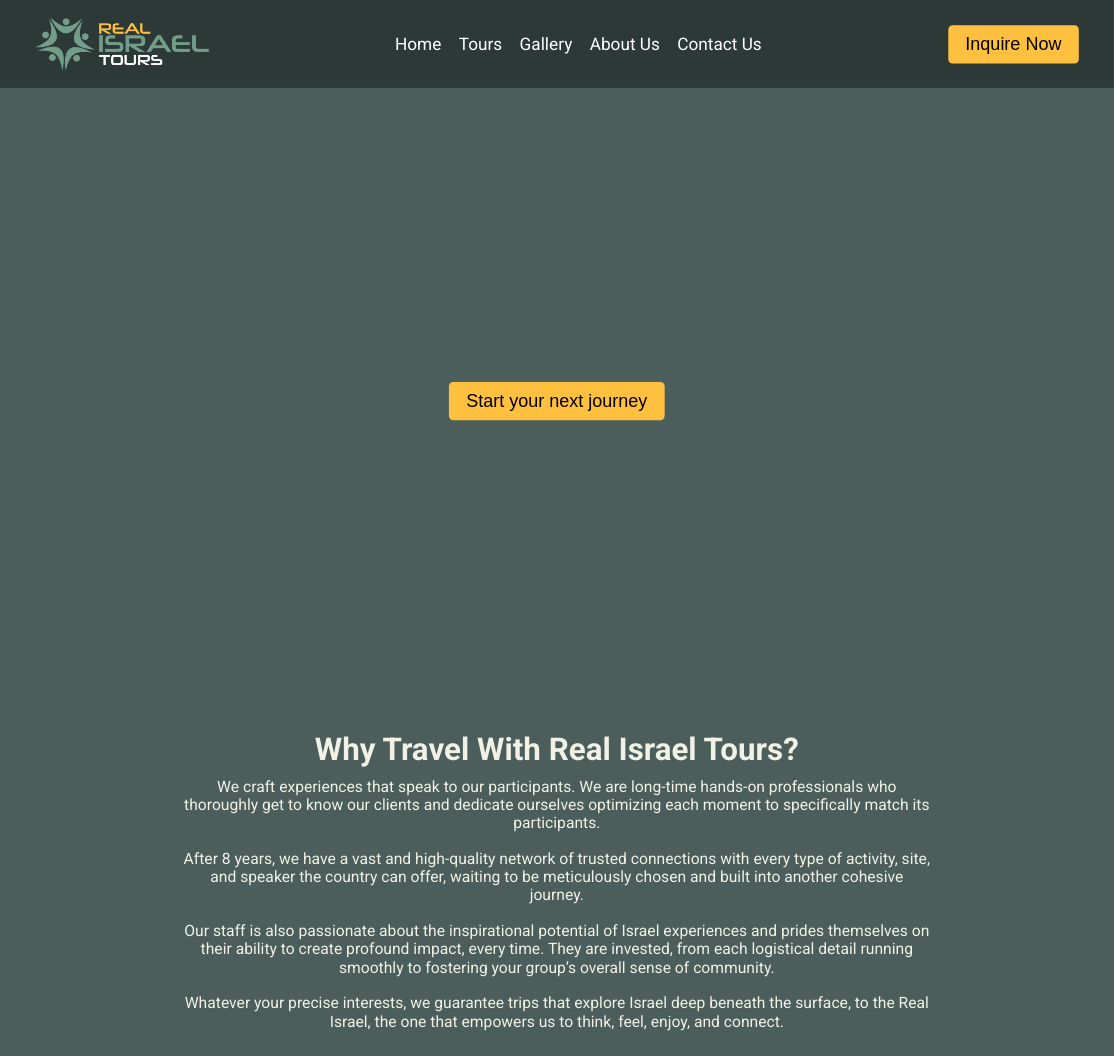
Repository: Pafestivo/realIsraelTours
Page: / (app in frontend/)
The author's editor kept a copy of each file at every save. The page is drawn from the files as they stood at one save, then again after a run of saves.
The browser window is 1280 px wide. The pictures show the whole page, at 87% of full size.
The project was rebuilt for these pictures with package versions that can differ from the ones it lists, and the page was loaded fresh each time. The framework's server and built-in components were replaced by stand-ins that run in the browser. Also part of the build but not shown: frontend/next.config.js.

Above is the page before, as saved 2023-09-19 20:44:56.

### frontend/src/app/layout.tsx
import type { Metadata } from "next";
import "@/styles/globals.css";
import { roboto } from "@/app/fonts";

export const metadata: Metadata = {
  title: "Real Israel Tours",
  description: "Plan your next tour",
};

export default function RootLayout({
  children,
}: {
  children: React.ReactNode;
}) {
  return (
    <html lang="en">
      <body className={roboto.className}>{children}</body>
    </html>
  );
}

### frontend/src/app/page.tsx
import Header from "@/components/Header";
import "@/styles/homePage.css";

export default function Home() {
  return (
    <div>
      <Header />
      <div className="cta-div">
        <button>Start your next journey</button>
      </div>
      <div className="pageContainer">
        <h1>Why Travel With Real Israel Tours?</h1>
        <div className="info-block">
          We craft experiences that speak to our participants. We are long-time
          hands-on professionals who thoroughly get to know our clients and
          dedicate ourselves optimizing each moment to specifically match its
          participants.
        </div>
        <div className="info-block">
          After 8 years, we have a vast and high-quality network of trusted
          connections with every type of activity, site, and speaker the country
          can offer, waiting to be meticulously chosen and built into another
          cohesive journey.
        </div>
        <div className="info-block">
          Our staff is also passionate about the inspirational potential of
          Israel experiences and prides themselves on their ability to create
          profound impact, every time. They are invested, from each logistical
          detail running smoothly to fostering your group’s overall sense of
          community.
        </div>
        <div className="info-block">
          Whatever your precise interests, we guarantee trips that explore
          Israel deep beneath the surface, to the Real Israel, the one that
          empowers us to think, feel, enjoy, and connect.
        </div>
      </div>
    </div>
  );
}

### frontend/src/styles/globals.css
:root {
  --main-bg-color: #4b5e5b;
  --main-title-color: #F1F1E6;
  --main-text-color: #F1F1E6;
  --accent-orange: #ffc03f;
}

* {
  padding: 0;
  margin: 0;
  box-sizing: border-box;
}

body {
  font-size: 18px;
  background-color: var(--main-bg-color);
}

a {
  color: inherit;
  text-decoration: none;
}

.mobile-only {
  display: none;
}

.desktop-only {
  display: block;
}

@media screen and (max-width: 768px) {
  .mobile-only {
    display: block;
  }

  .desktop-only {
    display: none;
  }
}

### frontend/src/app/fonts.tsx
import { Inter, Merriweather, Roboto } from "next/font/google";

export const inter = Inter({ subsets: ["latin"] });

export const merriweather = Merriweather({
  weight: ["400", "700"],
  style: ["normal", "italic"],
  subsets: ["latin"],
  display: "swap",
});

export const roboto = Roboto({
  weight: ["400", "700"],
  style: ["normal", "italic"],
  subsets: ["latin"],
  display: "swap",
});

// export const Mooli = Mooli({
//   weight: ["400", "700"],
//   style: ["normal", "italic"],
//   subsets: ["latin"],
//   display: "swap",
// });

### frontend/src/components/Header.tsx
"use client";
import React, { useState } from "react";
import Image from "next/image";
import logo from "@/assets/logo.png";
import "@/styles/header.css";
import Link from "next/link";

const Header = () => {
  const [isMenuOpen, setMenuOpen] = useState(false);

  const toggleMenu = () => {
    setMenuOpen(!isMenuOpen);
  };

  return (
    <div className="header">
      <Image className="headerLogo" src={logo} alt="logo" />
      <div className={`navbar ${isMenuOpen ? "open" : ""}`}>
        <button onClick={toggleMenu} className="close-button">
          ✕
        </button>{" "}
        <Link href="/">Home</Link>
        <Link href="/">Tours</Link>
        <Link href="/">Gallery</Link>
        <Link href="/">About Us</Link>
        <Link href="/">Contact Us</Link>
        <button className="inquire mobile-only">Inquire Now</button>
      </div>
      <button onClick={toggleMenu} className="hamburger">
        ☰
      </button>
      <button className="inquire desktop-only">Inquire Now</button>
    </div>
  );
};

export default Header;

### frontend/src/styles/homePage.css
.pageContainer {
  display: flex;
  flex-direction: column;
  justify-content: center;
  margin: 0 auto;
  padding: 20px 120px;
  max-width: 1100px;
  text-align: center;
  color: var(--main-text-color);
}

.cta-div {
  height: 100vh;
  display: flex;
  justify-content: center;
  align-items: center;
}

h1 {
  color: var(--main-title-color);
}

.info-block {
  margin: 10px 0;
}

@media screen and (max-width: 768px) {
  .pageContainer {
    padding: 20px 10px;
  }
}

### frontend/src/styles/header.css
.header {
  display: flex;
  justify-content: space-between;
  align-items: center;
  background-color: rgba(0, 0, 0, 0.4);
  padding: 20px 40px;
  z-index: 1000;
}

.headerLogo {
  width: 200px;
  height: auto;
}

.navbar {
  display: flex;
  font-size: 1.1em;
  color: white;
  justify-content: space-around;
  align-items: center;
  column-gap: 20px;
}

button {
  background-color: var(--accent-orange);
  border: none;
  font-size: 1.15em;
  padding: 10px 20px;
  cursor: pointer;
  border-radius: 5px;
}

.hamburger {
  display: none;
}

.close-button {
  font-size: 1.5em;  /* Increase size for tap-ability */
  background: none;
  border: none;
  color: white;  /* Make it the same color as the text for harmony */
  cursor: pointer;
  position: absolute;  /* Absolute position within the navbar */
  top: 15px;  /* Position from the top */
  right: 15px;  /* Position from the right */
  padding: 5px;  /* A little padding to make it more tap-able */
  z-index: 10;  /* Just in case, to make it appear above all other items */
}

@media screen and (min-width: 769px) {
  .close-button {
    display: none;
  }
}

@media screen and (max-width: 768px) {
  .navbar {
    position: fixed;
    right: -100%;
    top: 0;
    bottom: 0;
    width: 100vw;
    font-size: 1.3em;
    flex-direction: column;
    background-color: rgba(255, 192, 63, 0.9);
    color: black;
    transition: right 0.3s ease-in-out;
    justify-content: flex-start;
    align-items: center;
    row-gap: 20px;
    padding: 110px; /* Reduced right/left padding */
    font-size: 1.4em; /* Increased font size for better readability */
    background-color: #333;  /* Darker background */
    color: white; /* Keep text color white for contrast */
    row-gap: 30px; /* Increased gap between rows for breathing space */
  }

  /* Adding a hover effect to indicate interactivity */
  .navbar a:hover,
  .navbar button:hover {
    color: var(--accent-orange); /* Add your own accent color */
  }

  .navbar.open {
    right: 0;
  }

  .hamburger {
    display: block;
  }
}

/* Media query for very large screens */
@media screen and (min-width: 1440px) {
  .navbar {
    font-size: 1.5em;
  }

  button {
    font-size: 1.5em;
  }
}

After the next 2 saves:
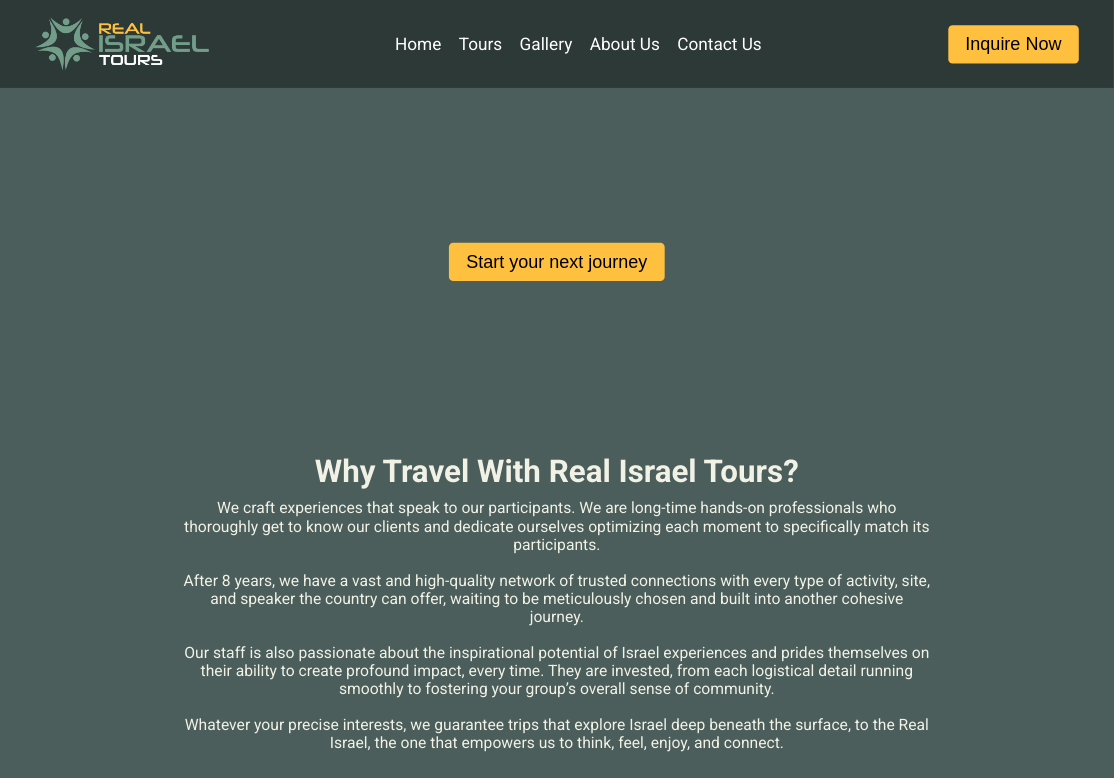
The 2 saves are shown as one change because they came seconds apart.
The last was saved 24 s later.
--- a/frontend/src/styles/homePage.css
+++ b/frontend/src/styles/homePage.css
@@ -10,7 +10,7 @@
 }
 
 .cta-div {
-  height: 100vh;
+  height: 400px;
   display: flex;
   justify-content: center;
   align-items: center;
